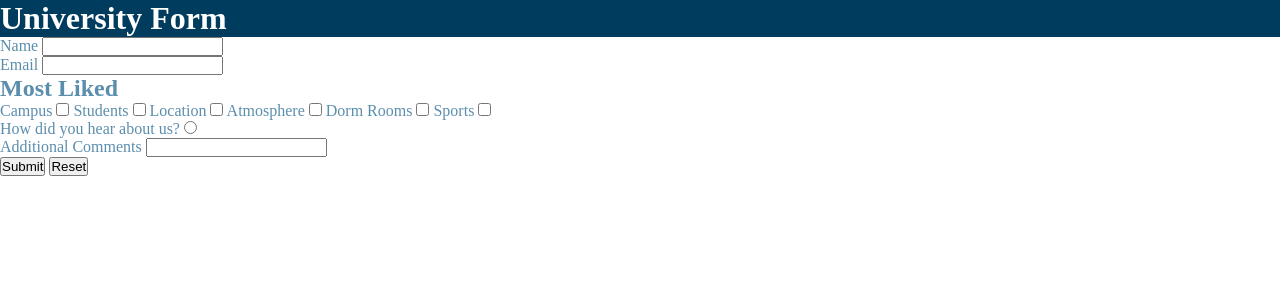
Repository: mlmEFSC21/P2-University-Form
Page: index.html
An editor plug-in stored every save of this project. The page is shown before and after the next save, followed by the edit.
The browser window is 1280 px wide. The pictures show the whole page.

Above is the page before, as saved 2022-01-28 14:07:53.

After the next save:
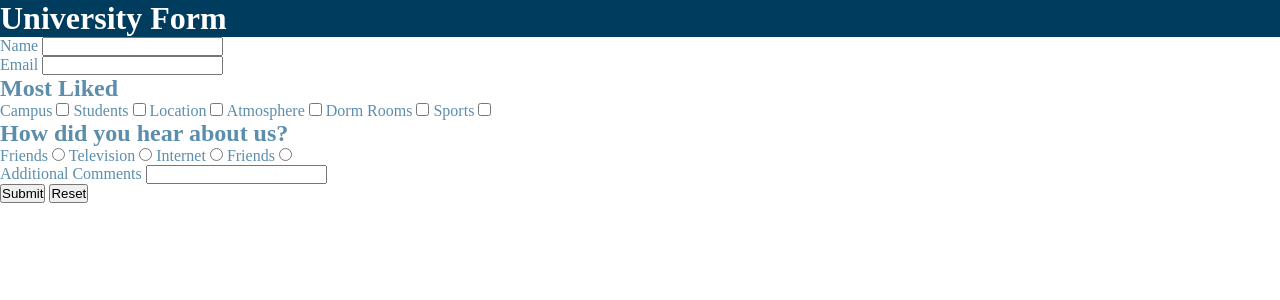
Saved 23 h 22 min later.
--- a/index.html
+++ b/index.html
@@ -37,8 +37,15 @@
                 <input type="checkbox" name="sports" />
             </div>
             <div>
-                <label>How did you hear about us?</label>
-                <input type="radio" name="" />
+                <h2>How did you hear about us?</h2>
+                <label>Friends</label>
+                <input type="radio" name="referred" />
+                <label>Television</label>
+                <input type="radio" name="referred" />
+                <label>Internet</label>
+                <input type="radio" name="referred" />
+                <label>Friends</label>
+                <input type="radio" name="referred" />
             </div>
             <div>
                 <label>Additional Comments</label>
